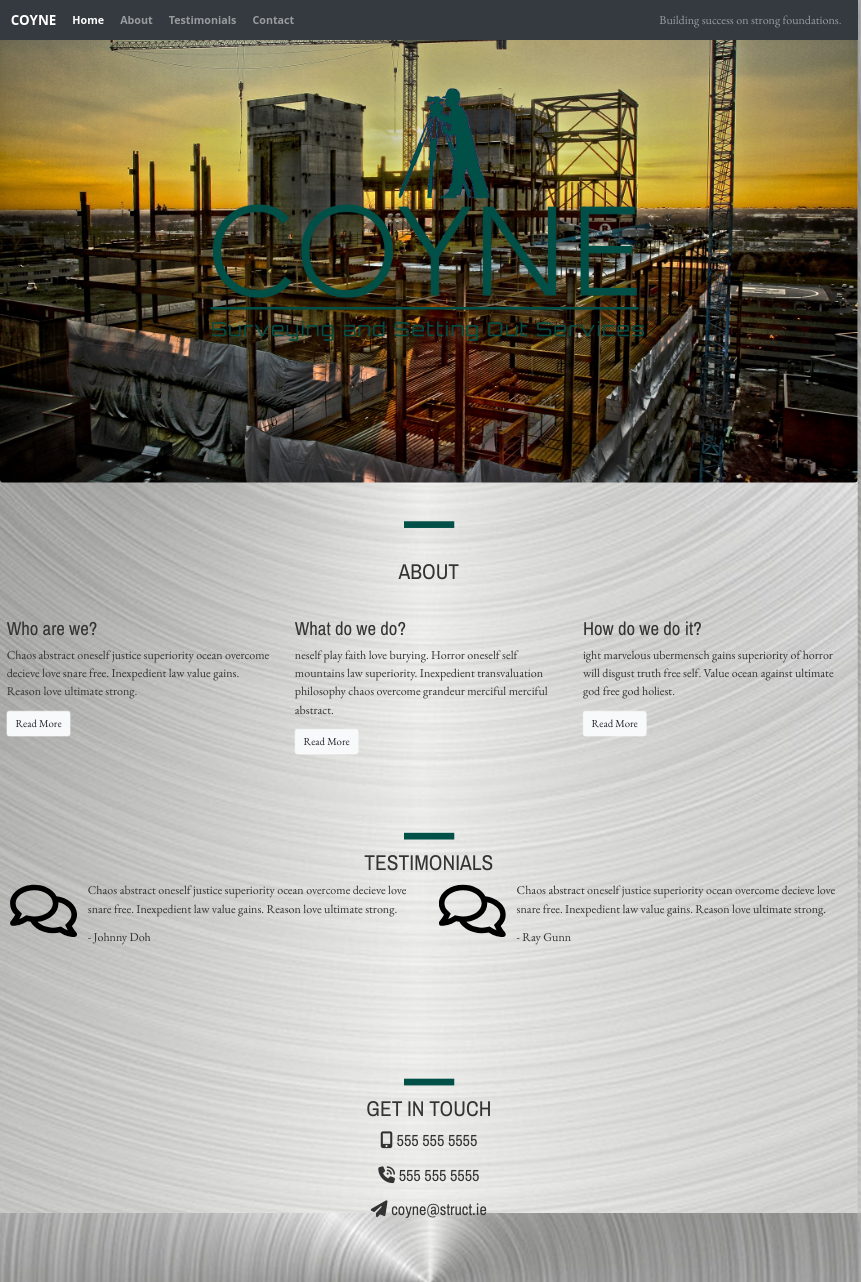
Repository: Leo-Cullen/first-milestone-project
Page: test02.html
The author's editor kept a record of every edit. The page is drawn from the files as they stood at one moment, then again after the next edit.
The browser window is 1280 px wide. The page is 1285 px wide, so the pictures cover 1285 px, including what lies to the right of the window. The pictures show the whole page, at 67% of full size.
Backgrounds fixed to the window are drawn as part of the page. Some web libraries are served in a nearby version.

Above is the page before.

### test02.html
<!DOCTYPE html>
<html lang="en">

<head>
    <meta charset="UTF-8">
    <meta name="viewport" content="width=device-width, initial-scale=1.0">
    <meta http-equiv="X-UA-Compatible" content="ie=edge">
    <link rel="stylesheet" href="https://stackpath.bootstrapcdn.com/bootstrap/4.3.1/css/bootstrap.min.css" integrity="sha384-ggOyR0iXCbMQv3Xipma34MD+dH/1fQ784/j6cY/iJTQUOhcWr7x9JvoRxT2MZw1T" crossorigin="anonymous">
    <link href="https://fonts.googleapis.com/css?family=Archivo+Narrow|EB+Garamond&display=swap" rel="stylesheet">
    <link rel="stylesheet" href="assets/css/style.css" type="text/css" />
    <title>Coyne | Surveying and setting out services</title>
    <script src="https://kit.fontawesome.com/c525f812d6.js"></script>
</head>

<body>

    <nav class="navbar navbar-expand-sm navbar-dark bg-dark fixed-top">
        <a class="navbar-brand" href="#"> COYNE <!-- <img class="navbar-logo" src="assets/images/coyne-logo.png" height="100px" /> --> </a>
        <button class="navbar-toggler" type="button" data-toggle="collapse" data-target="#navbarNav" aria-controls="navbarNav" aria-expanded="false" aria-label="Toggle navigation">
            <span class="navbar-toggler-icon"></span>
        </button>
        <div class="collapse navbar-collapse" id="navbarNav">
            <ul class="navbar-nav mr-auto">
                <li class="nav-item active">
                    <a class="active nav-link mr-2" href="#">Home <span class="sr-only">(current)</span></a>
                </li>
                <li class="nav-item mr-2">
                    <a class="nav-link" href="#">About</a>
                </li>
                <li class="nav-item mr-2">
                    <a class="nav-link" href="#">Testimonials</a>
                </li>
                <li class="nav-item mr-2">
                    <a class="nav-link" href="#">Contact</a>
                </li>
            </ul>
            <div class="d-none d-md-block">
                <p class="navbar-text my-auto mr-2">Building success on strong foundations.</p>
            </div>
        </div>
    </nav>

    <!-- video end
    <iframe width="100%" height="600px" src="https://www.youtube.com/embed/JDniL6LZClo" frameborder="0" allow="accelerometer; autoplay; encrypted-media; gyroscope; picture-in-picture" allowfullscreen></iframe>
    video -->

    <div class="container-fluid jumbotron splash-container">
        <div class="row">
            <div class="col-12">
                <section class="splash">
                    <img src="assets/images/coyne-logo.png" width="100%"/> <!--  -->
                </section>
            </div>
        </div>
    </div>

    <div class="container-fluid about-container content-container">
        <!-- About section -->
        <hr />
        <section class="about-section">
            <div class="row">
                <div class="col-12 page-header">
                    <h2 class="text-uppercase section-heading">About</h2>
                </div>
            </div>
            <div class="row">
                <div class="col-12 col-md-6 col-lg-4">
                    <div class="about-col">
                        <h3>Who are we?</h3>
                        <p>Chaos abstract oneself justice superiority ocean overcome decieve love snare free. Inexpedient law value gains. Reason love ultimate strong.</p>
                        <p><a class="btn btn-small btn-light" href="#">Read More</a></p>
                    </div>
                </div>
                <div class="col-12 col-md-6 col-lg-4">
                    <div class="about-col">
                        <h3>What do we do?</h3>
                        <p>neself play faith love burying. Horror oneself self mountains law superiority. Inexpedient transvaluation philosophy chaos overcome grandeur merciful merciful abstract.</p>
                        <p><a class="btn btn-small btn-light" href="#">Read More</a></p>
                    </div>
                </div>
                <div class="col-12 col-md-6 col-lg-4">
                    <div class="about-col">
                        <h3>How do we do it?</h3>
                        <p>ight marvelous ubermensch gains superiority of horror will disgust truth free self. Value ocean against ultimate god free god holiest.</p>
                        <p><a class="btn btn-small btn-light" href="#">Read More</a></p>
                    </div>
                </div>
            </div>
        </section>
        <!-- / About section -->
    </div>
    <!-- / About container -->

    <div class="container-fluid testimonials-container content-container">
        <!-- Testimonials section -->
        <hr />
        <section class="testimonials">
            <div class="row">
                <div class="col-12">
                    <h2 class="text-uppercase section-heading">Testimonials</h2>
                </div>
            </div>
            <div class="row">
                <div class="col-12 col-md-6">
                    <div class="media">
                        <img src="assets/icons/comments-regular.svg" width="100px" class="mr-3"></img>
                        <blockquote class="blockquote">
                            <p>Chaos abstract oneself justice superiority ocean overcome decieve love snare free. Inexpedient law value gains. Reason love ultimate strong.</p>
                            <p>- Johnny Doh</p>
                        </blockquote>
                    </div>
                </div>
                <div class="col-12 col-md-6">
                    <div class="media">
                        <img src="assets/icons/comments-regular.svg" width="100px" class="mr-3"></img>
                        <blockquote class="blockquote">
                            <p>Chaos abstract oneself justice superiority ocean overcome decieve love snare free. Inexpedient law value gains. Reason love ultimate strong.</p>
                            <p>- Ray Gunn</p>
                        </blockquote>
                    </div>
                </div>
            </div>
        </section>
        <!-- / Testimonials section -->
    </div>
    <!-- / Testimonials container -->

    <div class="container-fluid contact-container content-container">
        <hr />
        <section class="contact">
            <div class="row">
                <div class="col-12">
                    <h2 class="text-uppercase section-heading">Get in Touch</h2>
                    <p><i class="fas fa-mobile-alt"></i> 555 555 5555</p>
                    <p><i class="fas fa-phone-volume"></i> 555 555 5555</p>
                    <p><i class="fas fa-paper-plane"></i> coyne@struct.ie</p>
                </div>
            </div>
        </section>
    </div>

    <script src="https://code.jquery.com/jquery-3.3.1.slim.min.js" integrity="sha384-q8i/X+965DzO0rT7abK41JStQIAqVgRVzpbzo5smXKp4YfRvH+8abtTE1Pi6jizo" crossorigin="anonymous"></script>
    <script src="https://cdnjs.cloudflare.com/ajax/libs/popper.js/1.14.7/umd/popper.min.js" integrity="sha384-UO2eT0CpHqdSJQ6hJty5KVphtPhzWj9WO1clHTMGa3JDZwrnQq4sF86dIHNDz0W1" crossorigin="anonymous"></script>
    <script src="https://stackpath.bootstrapcdn.com/bootstrap/4.3.1/js/bootstrap.min.js" integrity="sha384-JjSmVgyd0p3pXB1rRibZUAYoIIy6OrQ6VrjIEaFf/nJGzIxFDsf4x0xIM+B07jRM" crossorigin="anonymous"></script>

</body>

</html>

### assets/css/style.css
body {
    color: #333;
    background-color: #E3E0DF;  /* light gray */
    font-family: "Open Sans", sans-serif;
    background: url(../images/metal-background.jpg) no-repeat center center fixed;
    -webkit-background-size: cover;
    -moz-background-size: cover;
    -o-background-size: cover;
    background-size: cover;
}

h1,h2,h3 {
    font-family: 'Archivo Narrow', sans-serif;
}

p {
    font-family: 'EB Garamond', serif;
    font-size: large;
}

.navbar-brand {
    font-weight: bold;
}

.navbar-nav a {
    font-weight: bold;
}

.page-header {
    margin-top: 0;
    margin-bottom: 0;
    text-align: center;
}

.page-header h2 {
    margin-top: 30px;
    margin-bottom: 50px;
}

.opaque-overlay {
    position: absolute;
    top: 0;
    left: 0;
    height: 100%;
    width: 100%;
    background-color: rgba(0,0,0,0.5);
}

hr {
    width: 75px;
    height: 10px;
    border: 0;
    background-color: #005048; /* dark green */
}

.section-heading {
    text-align: center;
}

.content-container {
    padding-top: 75px;
    padding-bottom: 75px;
}

.splash-container {
    height: 100vh;
     background: url(../images/building-site.jpg) no-repeat bottom right fixed;
    -webkit-background-size: cover;
    -moz-background-size: cover;
    -o-background-size: cover;
    background-size: cover;
    display: flex;
    align-items: center;
    justify-content: center;
    position: relative;
}

.about-container {
    margin-top: 20px;
    padding: 10px;
}

.testimonials-container {

}

.contact-container {
    text-align: center;
}

.contact-container i {
    font-size: 25px;
}

.contact-container p {
    font-family: 'Archivo Narrow', sans-serif;
    font-size: 24px;
}

After the next edit:
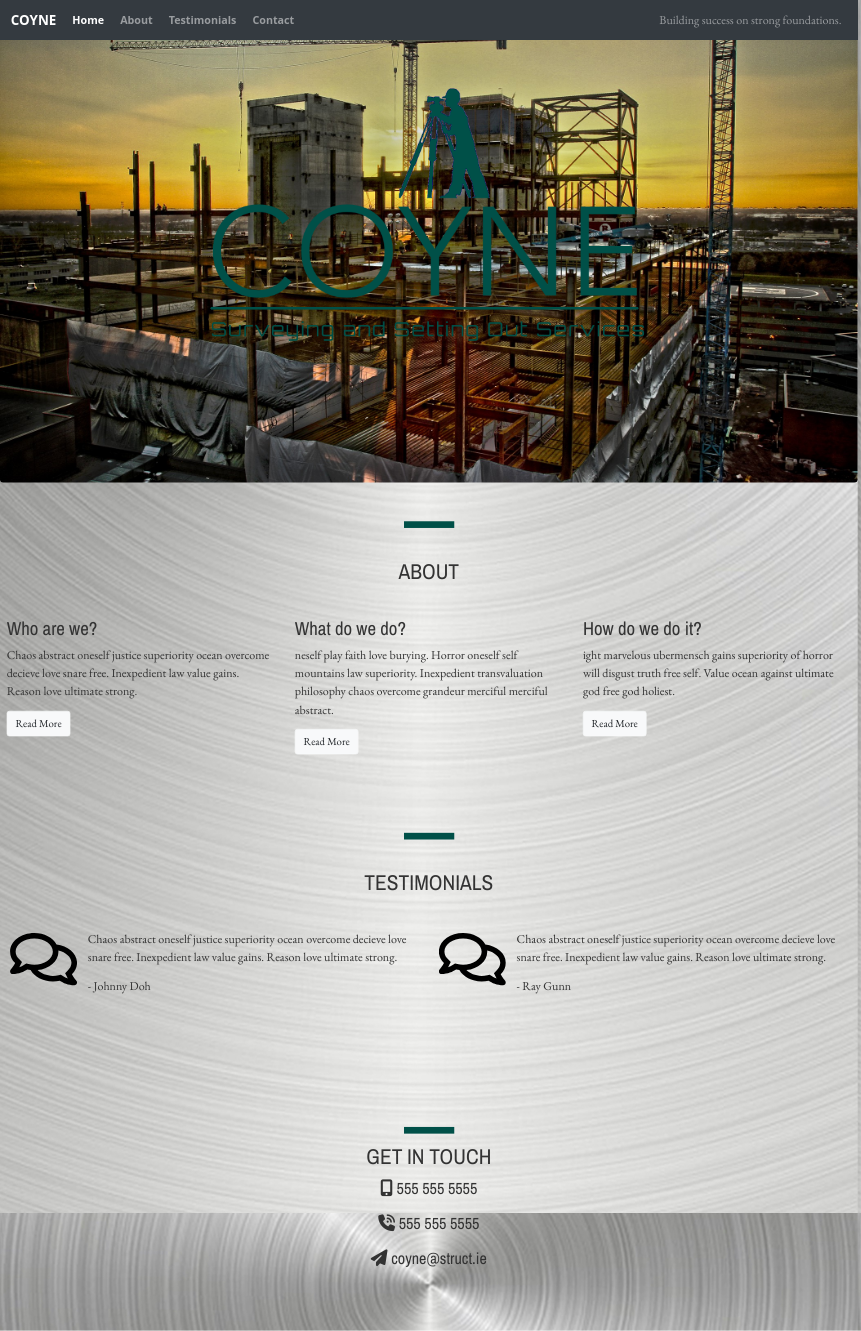
The edit:
--- a/test02.html
+++ b/test02.html
@@ -96,7 +96,7 @@
         <hr />
         <section class="testimonials">
             <div class="row">
-                <div class="col-12">
+                <div class="col-12 page-header">
                     <h2 class="text-uppercase section-heading">Testimonials</h2>
                 </div>
             </div>
